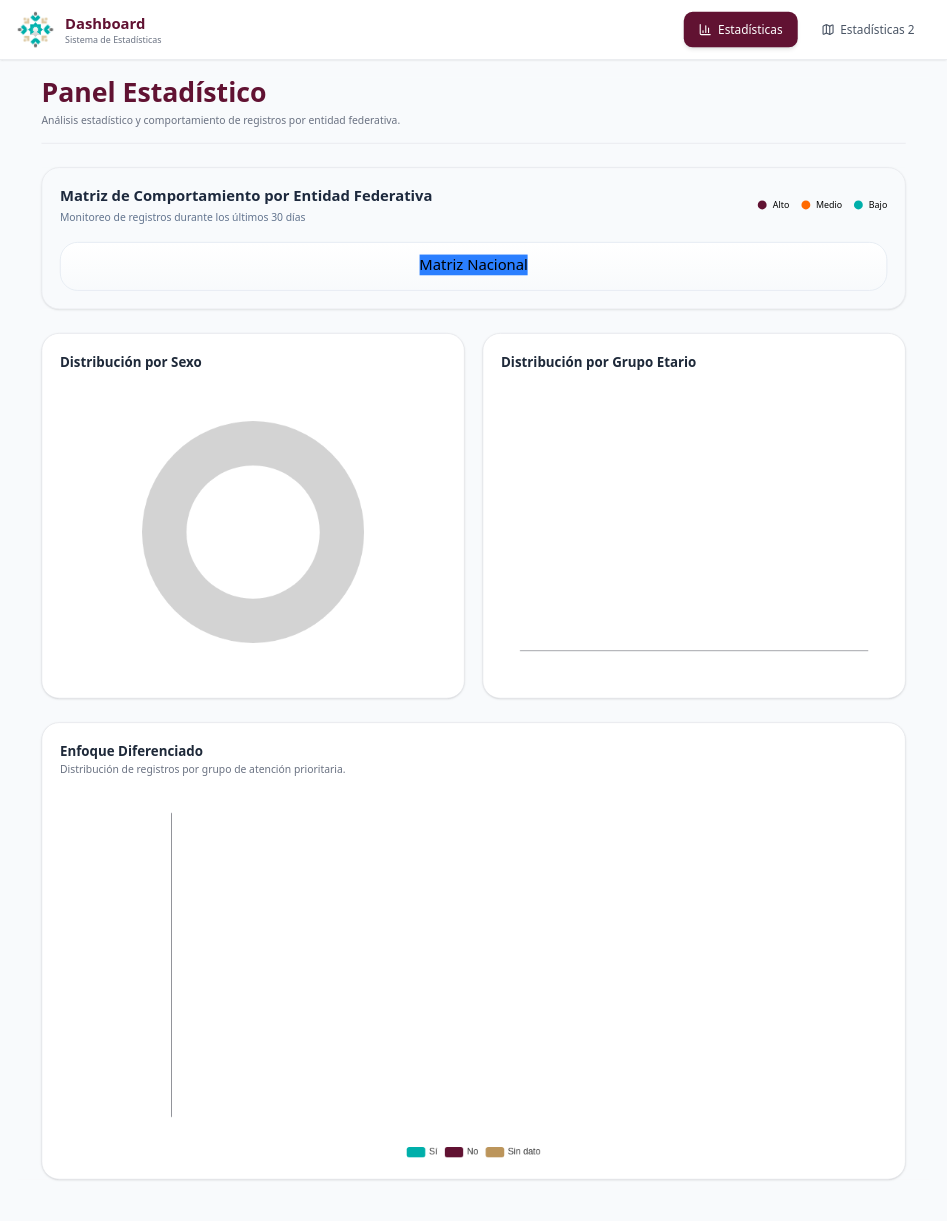
Repository: jesus890/semaforo-cinepolis
Page: /estadisticas
The author's editor kept a copy of each file at every save. The page is drawn from the files as they stood at one save, then again after the next save.
The browser window is 1280 px wide. The pictures show the whole page, at 74% of full size.
The page's requests for data from a server got no answer. The project was rebuilt for these pictures with package versions that can differ from the ones it lists, and the page was loaded fresh each time. No one was signed in, and anything a server would have sent is missing. Also part of the build but not shown: vite.config.ts, src/pages/EstadisticasDosPage.tsx.

Above is the page before, as saved 2026-06-04 13:44:02.

### index.html
<!doctype html>
<html lang="en">
  <head>
    <meta charset="UTF-8" />
    <link rel="icon" type="image/svg+xml" href="/favicon.svg" />
    <meta name="viewport" content="width=device-width, initial-scale=1.0" />
    <title>Estadistica Alertamiento | RNPNDO</title>
  </head>
  <body>
    <div id="root"></div>
    <script type="module" src="/src/main.tsx"></script>
  </body>
</html>

### src/App.tsx
import AppRouter from "./router/AppRouter";

function App() {
    return <AppRouter />;
}

export default App;

### src/router/AppRouter.tsx
import {BrowserRouter,Routes,Route,Navigate,} from "react-router-dom";

import DashboardLayout from "../layouts/DashboardLayout";
import EstadisticasPage from "../pages/EstadisticaPage";
import EstadisticasDosPage from "../pages/EstadisticasDosPage";



export default function AppRouter() {

    return (
        <BrowserRouter>
            <Routes>
                <Route path="/" element={<DashboardLayout/>}>
                    <Route index element={<Navigate to="/estadisticas"/>}/>
                    <Route path="estadisticas" element={<EstadisticasPage />}/>
                    <Route path="estadisticas-2" element={<EstadisticasDosPage />}/>
                </Route>
            </Routes>
        </BrowserRouter>
    );
}

### src/layouts/DashboardLayout.tsx
import { Outlet } from "react-router-dom";

import Header from "../components/Dashboard/navigation/Header";

export default function DashboardLayout() {

    return (
        <div className="min-h-screen bg-slate-50">
            <Header />
            <main className="p-6">
                <Outlet />
            </main>
        </div>

    );
}

### src/components/Dashboard/navigation/Header.tsx
import { NavLink } from "react-router-dom";

import { BarChart3, Map, } from "lucide-react";
import logoSystem from "../../../assets/CNB.png";

export default function Header() {

    const menu = [
        {
            label: "Estadísticas",
            icon: BarChart3,
            path: "/estadisticas",
        },
        {
            label: "Estadísticas 2",
            icon: Map,
            path: "/estadisticas-2",
        },
    ];

    return (

        <header className="sticky top-0 z-50 bg-white border-b border-gray-200 shadow-sm">

            <div className="h-20 px-6 flex items-center justify-between max-w-[1800px] mx-auto">

                {/* Logo */}
                <div className="flex items-center gap-4">

                    <img src={logoSystem} alt="Logo" className="h-12 w-auto object-contain" />

                    <div>

                        <h1 className="text-xl font-bold text-[#611232]">
                            Dashboard
                        </h1>

                        <p className="text-xs text-gray-500">
                            Sistema de Estadísticas
                        </p>

                    </div>

                </div>

                {/* Menú */}
                <nav className="flex items-center gap-3">

                    {menu.map((item) => {

                        const Icon = item.icon;

                        return (

                            <NavLink
                                key={item.path}
                                to={item.path}
                                className={({
                                    isActive,
                                }) =>
                                    `
                                    flex
                                    items-center
                                    gap-2
                                    px-5
                                    py-3
                                    rounded-xl
                                    font-medium
                                    transition-all

                                    ${isActive
                                        ? "bg-[#611232] text-white shadow-md"
                                        : "text-gray-600 hover:bg-gray-100"
                                    }
                                `
                                }
                            >

                                <Icon
                                    size={18}
                                />

                                {item.label}

                            </NavLink>
                        );
                    })}

                </nav>

            </div>

        </header>
    );
}

### src/components/Dashboard/heatmap/HeatmapTable.tsx
import { useMemo } from "react";

import type { HeatmapRow } from "../../../types/dashboard.types";

interface Props {
    rows: HeatmapRow[];
    level: "estado" | "municipio";
    onRowClick?: (estadoId: number) => void;
    onCellClick?: (
        data: {
            estadoId: number;
            municipioId: number;
            fecha: string;
        }
    ) => void;
}

export default function HeatmapTable({ rows, level, onRowClick, onCellClick, }: Props) {

    const dates = useMemo(() => {
        if (!rows.length) return [];

        return rows[0].values.map(
            value => value.day
        );
    }, [rows]);

    const getColor = (estatus: string) => {
        switch (estatus?.toLowerCase()) {
            case "rojo":
                return "bg-[#611232]";
            case "naranja":
                return "bg-orange-500";
            case "verde":
                return "bg-[#00AFAA]";
            default:
                return "bg-slate-200";
        }
    };

    return (
        <div className="overflow-auto rounded-3xl border border-slate-200 bg-gradient-to-b from-white to-slate-50 p-4">

            {
                level == "estado" ? (
                    <div className="flex justify-center">
                        <div className="bg-blue-500">
                            <p className="text-semibold text-xl" >Matriz Nacional</p>
                        </div>
                    </div>
                ) : (
                    <p></p>
                )
            }

            <table className="border-separate min-w-max">

                <thead>
                    <tr>
                        <th className="sticky left-0 z-20 min-w-[240px]"></th>

                        {dates.map(date => (

                            <th
                                key={date}
                                className="h-28 min-w-[42px] align-bottom"
                            >

                                <div className="-rotate-45 origin-bottom-left whitespace-nowrap text-[10px] font-medium text-slate-500">
                                    {date}
                                </div>

                            </th>

                        ))}

                    </tr>

                </thead>

                <tbody className="divide-y divide-slate-100">

                    {rows.map(row => (

                        <tr key={row.id} className="border-b border-slate-100">

                            <td className="sticky left-0 z-10 bg-white pr-4">

                                <button
                                    onClick={() => onRowClick?.(row.estadoId)}
                                    className="group flex tems-center gap-3 text-left transition-all cursor-pointer"
                                >
                                    <div className="h-2.5 w-2.5 rounded-full bg-[#000]" />
                                    <span className="text-sm font-semibold text-slate-700 group-hover:text-[#611232]">
                                        {row.name}
                                    </span>

                                </button>

                            </td>

                            {row.values.map(
                                value => (

                                    <td
                                        key={value.day}
                                    >

                                        <button
                                            onClick={() =>
                                                onCellClick?.({ estadoId: value.estadoId, municipioId: value.municipioId, fecha: value.day })
                                            }
                                            title={`${value.total} registros`}
                                            className={`
                                                flex
                                                h-8
                                                w-8
                                                items-center
                                                justify-center
                                                rounded-xl
                                                text-[11px]
                                                font-semibold
                                                text-white
                                                transition-all
                                                duration-200
                                                hover:scale-110
                                                hover:shadow-xl
                                                hover:ring-2
                                                hover:ring-offset-2
                                                hover:ring-[#611232]
                                                cursor-pointer
                                                ${getColor(value.estatus)}
                                            `}
                                        >
                                            {value.total > 0
                                                ? value.total
                                                : ""}
                                        </button>

                                    </td>

                                )
                            )}

                        </tr>

                    ))}

                </tbody>

            </table>

        </div>
    )

}

### src/components/Dashboard/charts/SexoChart.tsx
import ReactECharts from "echarts-for-react";
import { Colors } from "../../../constants/colors";

interface SexoItem {
    categoria: string;
    total: number;
}

interface Props {
    sexo?: SexoItem[];
}

export default function SexoChart({ sexo = [] }: Props) {

    const getColor = (categoria: string) => {

        switch (categoria.toUpperCase()) {

            case "HOMBRE":
                return Colors.rojito;

            case "MUJER":
                return Colors.verdecito;

            default:
                return Colors.oro;
        }
    };

    const data = sexo.map(item => ({
        value: item.total,
        name:
            item.categoria.charAt(0) +
            item.categoria.slice(1).toLowerCase(),

        itemStyle: {
            color: getColor(item.categoria),
        },
    }));

    const option = {
        tooltip: {
            trigger: "item",
        },

        legend: {
            bottom: 0,
        },

        series: [
            {
                type: "pie",
                radius: ["45%", "75%"],

                label: {
                    formatter: "{b}\n{c}",
                },

                data,
            },
        ],
    };

    return (
        <ReactECharts
            option={option}
            style={{
                height: "400px",
            }}
        />
    );
}

### src/services/dashboard.service.ts
import { apiRequest } from "../lib/api";
import { axiosInstance } from "../lib/axios";

export const GetEntidadesByAlertaTable = () =>
    apiRequest<any>(
        axiosInstance.get(`/api/Alertas`)
    );

export const GetEntidadesByAlertaTableEstado = (idEstado: any) =>
    apiRequest<any>(
        axiosInstance.get(`/api/Alertas/alertas-entidad`, {
            params: {
                idEstado,
            },
        })
    );

export const GetTotalesIncremento = (estado_id: any, municipio_id: any) =>
    apiRequest<any>(
        axiosInstance.get(`/api/Alertas/incremento-desaparecidos`)
    );

### src/components/Dashboard/charts/EdadChart.tsx
import ReactECharts from "echarts-for-react";
import { Colors } from "../../../constants/colors";

interface GrupoEtarioItem {
  categoria: string;
  total: number;
}

interface Props {
  grupoEtario?: GrupoEtarioItem[];
}

export default function EdadChart({
  grupoEtario = [],
}: Props) {

  const getColor = (
    categoria: string
  ) => {

    switch (
    categoria.toUpperCase()
    ) {

      case "MENOR DE EDAD":
        return Colors.verdecito;

      case "MAYOR DE EDAD":
        return Colors.rojito;

      case "ADULTO MAYOR":
        return Colors.oro;

      default:
        return "#4F46E5";
    }
  };

  const categories =
    grupoEtario.map(
      item => item.categoria
    );

  const data =
    grupoEtario.map(
      item => ({
        value: item.total,

        itemStyle: {
          color: getColor(
            item.categoria
          ),
        },
      })
    );

  const option = {
    tooltip: {
      trigger: "axis",
    },

    grid: {
      left: "5%",
      right: "5%",
      bottom: "10%",
      containLabel: true,
    },

    xAxis: {
      type: "category",

      data: categories,

      axisLabel: {
        interval: 0,
        rotate: 0,
      },
    },

    yAxis: {
      type: "value",
    },

    series: [
      {
        type: "bar",

        barWidth: 70,

        borderRadius: [
          8,
          8,
          0,
          0,
        ],

        data,
      },
    ],
  };

  return (
    <ReactECharts
      option={option}
      style={{
        height: "400px",
      }}
    />
  );
}

### src/components/Dashboard/charts/EnfoqueChart.tsx
import ReactECharts from "echarts-for-react";
import { Colors } from "../../../constants/colors";

interface EnfoqueDetalle {
  categoria: string;
  total: number;
}

interface EnfoqueItem {
  grupo: string;
  detalle: EnfoqueDetalle[];
}

interface Props {
  enfoqueDiferenciado?: EnfoqueItem[];
}

export default function EnfoqueChart({
  enfoqueDiferenciado = [],
}: Props) {

  const normalize = (
    value: string
  ) => {

    const v =
      value
        ?.trim()
        .toUpperCase();

    if (v === "SI")
      return "SI";

    if (v === "NO")
      return "NO";

    return "SIN DATO";
  };

  const groups =
    enfoqueDiferenciado.map(
      item => {

        switch (
        item.grupo
        ) {

          case "TIENEDISCAPACIDAD":
            return "Discapacidad";

          case "HABLAESPANIOL":
            return "Habla Español";

          case "LENGUA":
            return "Lengua";

          case "ESMIGRANTE":
            return "Migrante";

          default:
            return item.grupo;
        }
      }
    );

  const siData =
    enfoqueDiferenciado.map(
      grupo =>
        grupo.detalle
          .filter(
            x =>
              normalize(
                x.categoria
              ) === "SI"
          )
          .reduce(
            (
              acc,
              item
            ) =>
              acc +
              item.total,
            0
          )
    );

  const noData =
    enfoqueDiferenciado.map(
      grupo =>
        grupo.detalle
          .filter(
            x =>
              normalize(
                x.categoria
              ) === "NO"
          )
          .reduce(
            (
              acc,
              item
            ) =>
              acc +
              item.total,
            0
          )
    );

  const sinDatoData =
    enfoqueDiferenciado.map(
      grupo =>
        grupo.detalle
          .filter(
            x =>
              normalize(
                x.categoria
              ) ===
              "SIN DATO"
          )
          .reduce(
            (
              acc,
              item
            ) =>
              acc +
              item.total,
            0
          )
    );

  const option = {

    tooltip: {
      trigger: "axis",
      axisPointer: {
        type: "shadow",
      },
    },

    legend: {
      bottom: 0,
    },

    grid: {
      left: 150,
      right: 30,
      top: 30,
      bottom: 60,
    },

    xAxis: {
      type: "value",
    },

    yAxis: {
      type: "category",
      data: groups,
    },

    series: [
      {
        name: "Sí",
        type: "bar",
        stack: "total",

        label: {
          show: true,
        },

        itemStyle: {
          color:
            Colors.verdecito,
        },

        data: siData,
      },

      {
        name: "No",
        type: "bar",
        stack: "total",

        label: {
          show: true,
        },

        itemStyle: {
          color:
            Colors.rojito,
        },

        data: noData,
      },

      {
        name: "Sin dato",
        type: "bar",
        stack: "total",

        label: {
          show: true,
        },

        itemStyle: {
          color:
            Colors.oro,
        },

        data: sinDatoData,
      },
    ],
  };

  return (
    <ReactECharts
      option={option}
      style={{
        height: "500px",
      }}
    />
  );
}

### src/components/Dashboard/Loader/Loader.tsx
import imageCNB from "../../../assets/CNB.png";

interface LoaderProps {
    text?: string;
}

export default function LoaderStyled({text = "Cargando información..."}: LoaderProps) {
    return (
        <div
            className="w-full h-full min-h-[320px] flex flex-col justify-center items-center gap-6 px-6 py-10"
        >
            <div className="relative flex items-center justify-center">
                <div
                    className="absolute w-32 h-32 rounded-full bg-[#00AFAA]/20 blur-3xl animate-pulse"
                />

                <div
                    className="absolute w-28 h-28 rounded-full border-[5px] border-[#00AFAA]/20 border-t-[#00AFAA] animate-spin"
                />

                <div
                    className="relative w-20 h-20 rounded-full overflow-hidden bg-white shadow-2xl border-4 border-white animate-pulse"
                >
                    <img
                        src={imageCNB}
                        alt="Loader"
                        className="object-cover"
                    />
                </div>
            </div>

            <div className="text-center space-y-2">
                <h3
                    className="text-lg sm:text-xl font-black text-[#4A0015] tracking-wide"
                >
                    {text}
                </h3>

                <p
                    className="text-sm text-slate-500 max-w-md leading-relaxed"
                >
                    Espere un momento mientras se procesa y
                    visualiza la información solicitada.
                </p>
            </div>
        </div>
    );
}

### src/constants/colors.ts
export const Colors = {
    rojito: "#611232",
    verdecito: "#00AFAA",
    oro: "#BC955B",
    grisito: "#E8E8E8",
    grisote: "#D2D3D3",
    text: "#5A5A5A",
};

### src/lib/api.ts
import axios from "axios";

export async function apiRequest<T>(
  promise: Promise<{ data: T }>
): Promise<T> {
  try {
    const { data } = await promise;
    return data;
  } catch (error) {
    if (axios.isAxiosError(error)) {
      const response = error.response;

      const message =
        response?.data?.message ||
        response?.data?.error ||
        response?.data?.msg ||
        "Error en la petición";

      throw new Error(message);
    }

    throw new Error("Error inesperado");
  }
}

### src/lib/axios.ts
import axios from "axios";

export const axiosInstance = axios.create({
  baseURL: import.meta.env.VITE_API_URL,
});

Loaded but not shown: src/main.tsx (common file); src/index.css (common file); src/pages/EstadisticaPage.tsx (216 lines, source omitted)

After the next save:
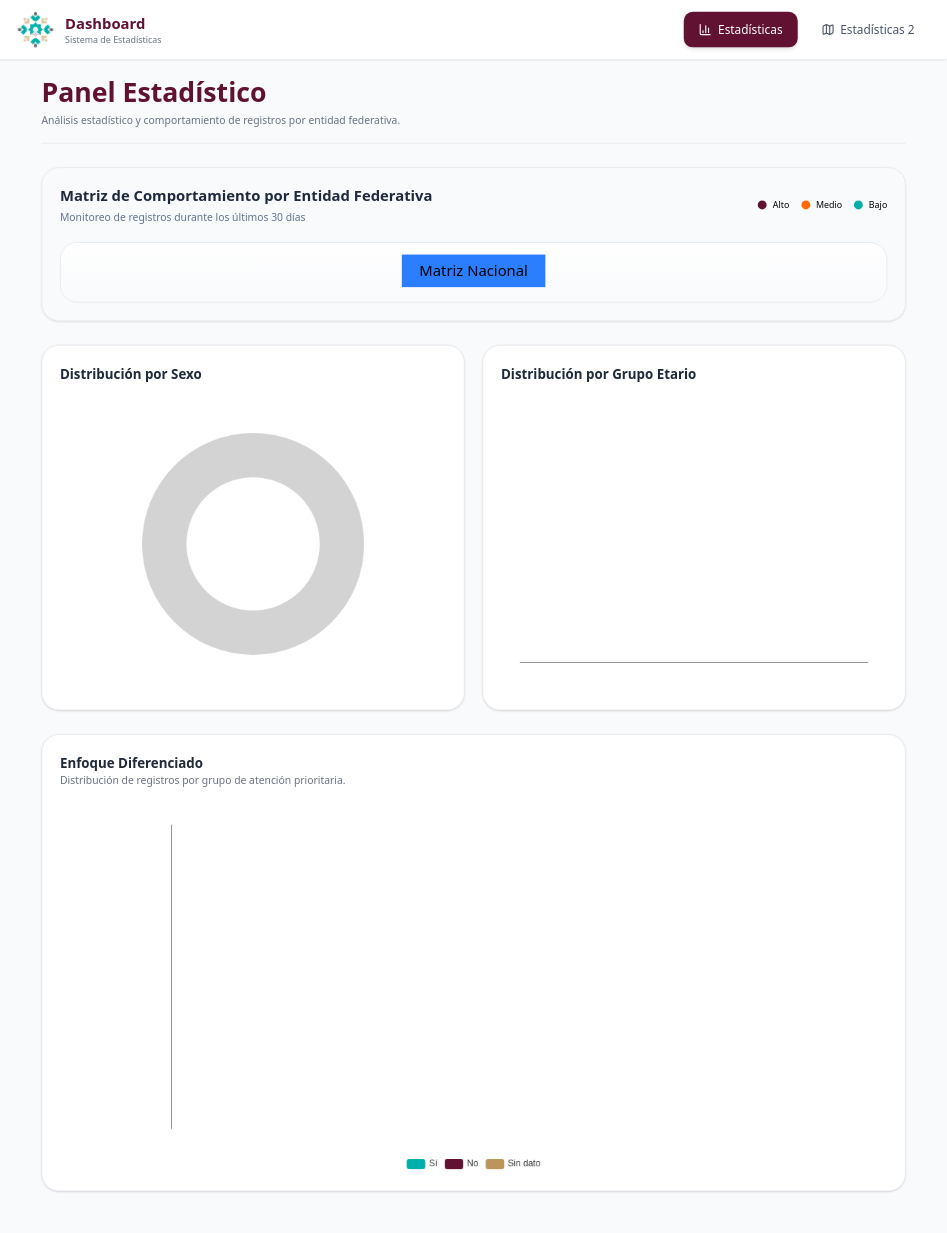
Saved 9 s later.
--- a/src/components/Dashboard/heatmap/HeatmapTable.tsx
+++ b/src/components/Dashboard/heatmap/HeatmapTable.tsx
@@ -45,7 +45,7 @@ export default function HeatmapTable({ rows, level, onRowClick, onCellClick, }:
                 level == "estado" ? (
                     <div className="flex justify-center">
                         <div className="bg-blue-500">
-                            <p className="text-semibold text-xl" >Matriz Nacional</p>
+                            <p className="text-semibold text-xl px-6 py-2" >Matriz Nacional</p>
                         </div>
                     </div>
                 ) : (
